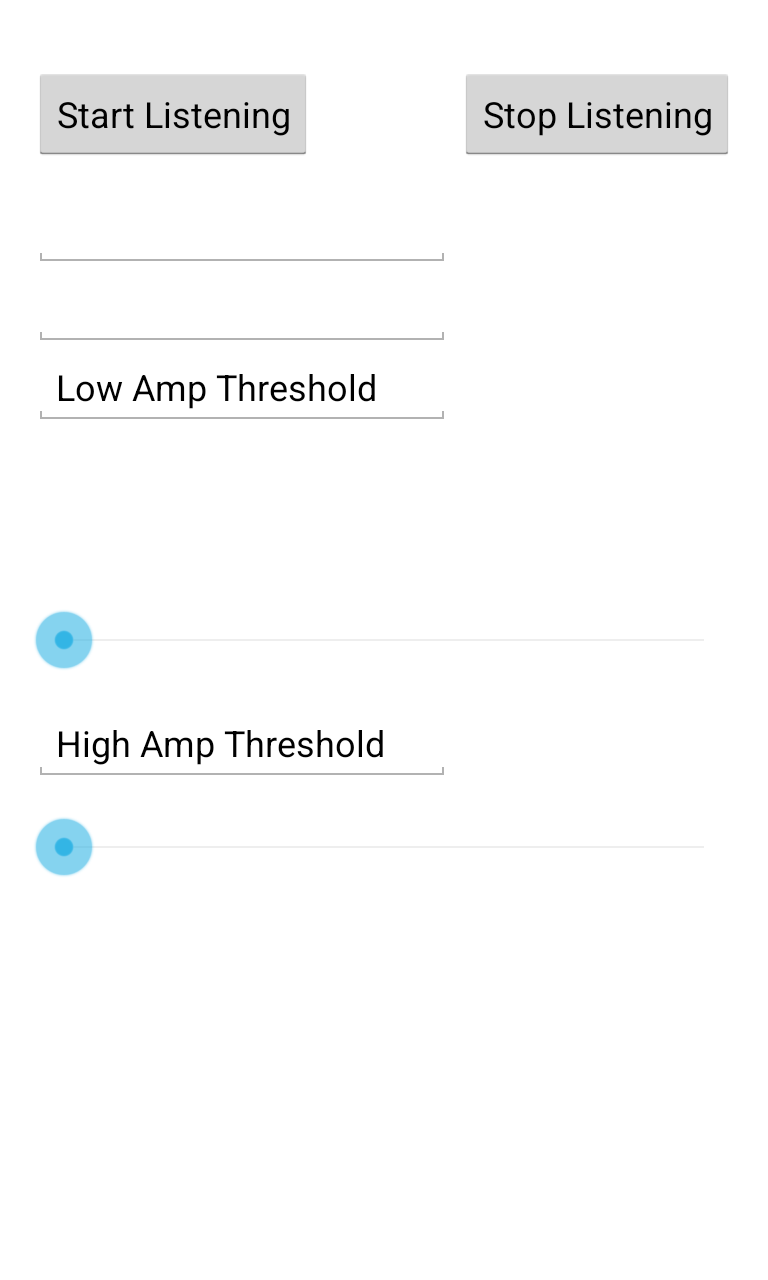
Repository: kmcgain/AutoVolume
Layout: AutoVolume/res/layout/activity_main.xml
The author's editor kept a copy of each file at every save. The layout is drawn from the files as they stood at one save, then again after the next save.
It is drawn on a 768 x 1280 px phone screen (xhdpi) without system bars, with theme AppTheme; the app's code is not run.

Above is the layout before, as saved 2014-01-13 10:51:02.

### AutoVolume/res/layout/activity_main.xml
<RelativeLayout xmlns:android="http://schemas.android.com/apk/res/android"
    xmlns:tools="http://schemas.android.com/tools"
    android:layout_width="match_parent"
    android:layout_height="match_parent"
    android:paddingBottom="@dimen/activity_vertical_margin"
    android:paddingLeft="@dimen/activity_horizontal_margin"
    android:paddingRight="@dimen/activity_horizontal_margin"
    android:paddingTop="@dimen/activity_vertical_margin"
    tools:context=".MainActivity" >

    <Button
        android:id="@+id/button3"
        android:layout_width="wrap_content"
        android:layout_height="wrap_content"
        android:layout_marginTop="17dp"
        android:onClick="startListening_Click"
        android:text="Start Listening" />

    <Button
        android:id="@+id/button4"
        android:layout_width="wrap_content"
        android:layout_height="wrap_content"
        android:layout_alignBaseline="@+id/button3"
        android:layout_alignBottom="@+id/button3"
        android:layout_alignParentRight="true"
        android:onClick="stopListening_Click"
        android:text="Stop Listening" />
    <EditText
        android:id="@+id/ampDisplay"
        android:layout_width="wrap_content"
        android:layout_height="wrap_content"
        android:layout_alignLeft="@+id/button3"
        android:layout_below="@+id/button3"
        android:layout_marginTop="14dp"
        android:ems="10" />

    <EditText
        android:id="@+id/EditText01"
        android:layout_width="wrap_content"
        android:layout_height="wrap_content"
        android:layout_alignLeft="@+id/statusEditText"
        android:layout_below="@+id/statusEditText"
        android:ems="10"
        android:text="Low Amp Threshold" />

    <EditText
        android:id="@+id/statusEditText"
        android:layout_width="wrap_content"
        android:layout_height="wrap_content"
        android:layout_alignLeft="@+id/ampDisplay"
        android:layout_below="@+id/ampDisplay"
        android:ems="10" />

    <SeekBar
        android:id="@+id/seekBarHighThreshold"
        android:layout_width="match_parent"
        android:layout_height="wrap_content"
        android:layout_alignLeft="@+id/editText1"
        android:layout_below="@+id/editText1"
        android:layout_marginTop="16dp" />

    <EditText
        android:id="@+id/editText1"
        android:layout_width="wrap_content"
        android:layout_height="wrap_content"
        android:layout_alignLeft="@+id/EditText01"
        android:layout_below="@+id/seekBarLowThreshold"
        android:layout_marginTop="16dp"
        android:ems="10"
        android:text="High Amp Threshold" />

    <SeekBar
        android:id="@+id/seekBarLowThreshold"
        android:layout_width="match_parent"
        android:layout_height="wrap_content"
        android:layout_alignLeft="@+id/EditText01"
        android:layout_centerVertical="true" />

</RelativeLayout>

Loaded but not shown: AutoVolume/res/values/styles.xml (common file); AutoVolume/res/values-v11/styles.xml (common file); AutoVolume/res/values-v14/styles.xml (common file); AutoVolume/res/values/dimens.xml (common file)

After the next save:
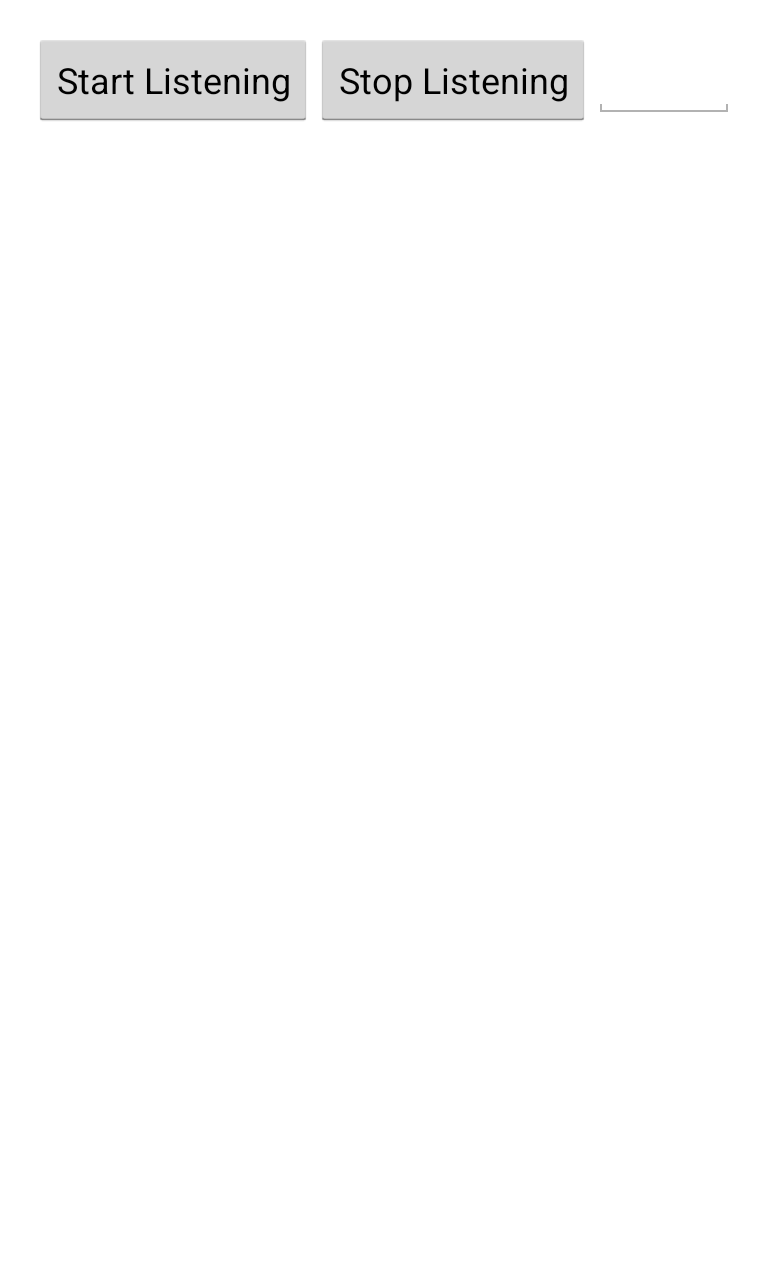
Saved 11 min 24 s later.
--- a/AutoVolume/res/layout/activity_main.xml
+++ b/AutoVolume/res/layout/activity_main.xml
@@ -1,4 +1,4 @@
-<RelativeLayout xmlns:android="http://schemas.android.com/apk/res/android"
+<LinearLayout xmlns:android="http://schemas.android.com/apk/res/android"
     xmlns:tools="http://schemas.android.com/tools"
     android:layout_width="match_parent"
     android:layout_height="match_parent"
@@ -12,7 +12,6 @@
         android:id="@+id/button3"
         android:layout_width="wrap_content"
         android:layout_height="wrap_content"
-        android:layout_marginTop="17dp"
         android:onClick="startListening_Click"
         android:text="Start Listening" />
 
@@ -31,15 +30,12 @@
         android:layout_height="wrap_content"
         android:layout_alignLeft="@+id/button3"
         android:layout_below="@+id/button3"
-        android:layout_marginTop="14dp"
         android:ems="10" />
 
     <EditText
         android:id="@+id/EditText01"
         android:layout_width="wrap_content"
         android:layout_height="wrap_content"
-        android:layout_alignLeft="@+id/statusEditText"
-        android:layout_below="@+id/statusEditText"
         android:ems="10"
         android:text="Low Amp Threshold" />
 
@@ -47,25 +43,17 @@
         android:id="@+id/statusEditText"
         android:layout_width="wrap_content"
         android:layout_height="wrap_content"
-        android:layout_alignLeft="@+id/ampDisplay"
-        android:layout_below="@+id/ampDisplay"
         android:ems="10" />
 
     <SeekBar
         android:id="@+id/seekBarHighThreshold"
         android:layout_width="match_parent"
-        android:layout_height="wrap_content"
-        android:layout_alignLeft="@+id/editText1"
-        android:layout_below="@+id/editText1"
-        android:layout_marginTop="16dp" />
+        android:layout_height="wrap_content" />
 
     <EditText
         android:id="@+id/editText1"
         android:layout_width="wrap_content"
         android:layout_height="wrap_content"
-        android:layout_alignLeft="@+id/EditText01"
-        android:layout_below="@+id/seekBarLowThreshold"
-        android:layout_marginTop="16dp"
         android:ems="10"
         android:text="High Amp Threshold" />
 
@@ -73,7 +61,12 @@
         android:id="@+id/seekBarLowThreshold"
         android:layout_width="match_parent"
         android:layout_height="wrap_content"
-        android:layout_alignLeft="@+id/EditText01"
         android:layout_centerVertical="true" />
 
-</RelativeLayout>
+    <EditText
+        android:id="@+id/editText2"
+        android:layout_width="wrap_content"
+        android:layout_height="wrap_content"
+        android:ems="10" />
+
+</LinearLayout>
